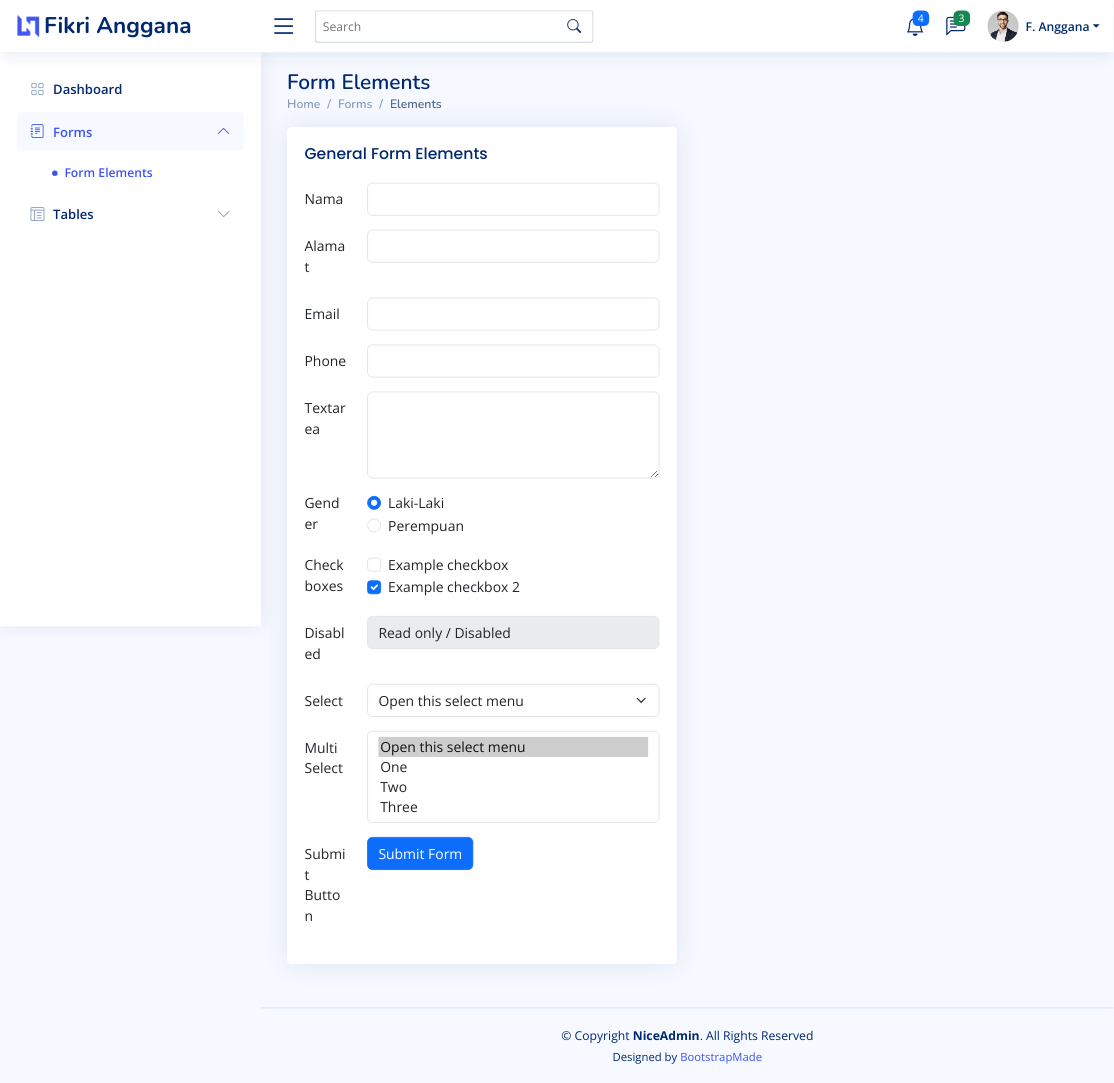
Repository: fikrianggana/PRG4_M2_P1_088
Page: NiceAdmin/forms-elements.html
The author's editor kept a copy of each file at every save. The page is drawn from the files as they stood at one save, then again after the next save.
The browser window is 1280 px wide. The pictures show the whole page, at 87% of full size.

Above is the page before, as saved 2023-09-19 23:31:19.

### NiceAdmin/forms-elements.html
<!DOCTYPE html>
<html lang="en">

<head>
  <meta charset="utf-8">
  <meta content="width=device-width, initial-scale=1.0" name="viewport">

  <title>Forms / Elements - NiceAdmin Bootstrap Template</title>
  <meta content="" name="description">
  <meta content="" name="keywords">

  <!-- Favicons -->
  <link href="assets/img/favicon.png" rel="icon">
  <link href="assets/img/apple-touch-icon.png" rel="apple-touch-icon">

  <!-- Google Fonts -->
  <link href="https://fonts.gstatic.com" rel="preconnect">
  <link href="https://fonts.googleapis.com/css?family=Open+Sans:300,300i,400,400i,600,600i,700,700i|Nunito:300,300i,400,400i,600,600i,700,700i|Poppins:300,300i,400,400i,500,500i,600,600i,700,700i" rel="stylesheet">

  <!-- Vendor CSS Files -->
  <link href="assets/vendor/bootstrap/css/bootstrap.min.css" rel="stylesheet">
  <link href="assets/vendor/bootstrap-icons/bootstrap-icons.css" rel="stylesheet">
  <link href="assets/vendor/boxicons/css/boxicons.min.css" rel="stylesheet">
  <link href="assets/vendor/quill/quill.snow.css" rel="stylesheet">
  <link href="assets/vendor/quill/quill.bubble.css" rel="stylesheet">
  <link href="assets/vendor/remixicon/remixicon.css" rel="stylesheet">
  <link href="assets/vendor/simple-datatables/style.css" rel="stylesheet">

  <!-- Template Main CSS File -->
  <link href="assets/css/style.css" rel="stylesheet">

  <!-- =======================================================
  * Template Name: NiceAdmin
  * Updated: Aug 30 2023 with Bootstrap v5.3.1
  * Template URL: https://bootstrapmade.com/nice-admin-bootstrap-admin-html-template/
  * Author: BootstrapMade.com
  * License: https://bootstrapmade.com/license/
  ======================================================== -->
</head>

<body>

  <!-- ======= Header ======= -->
  <header id="header" class="header fixed-top d-flex align-items-center">

    <div class="d-flex align-items-center justify-content-between">
      <a href="index.html" class="logo d-flex align-items-center">
        <img src="assets/img/logo.png" alt="">
        <span class="d-none d-lg-block">Fikri Anggana</span>
      </a>
      <i class="bi bi-list toggle-sidebar-btn"></i>
    </div><!-- End Logo -->

    <div class="search-bar">
      <form class="search-form d-flex align-items-center" method="POST" action="#">
        <input type="text" name="query" placeholder="Search" title="Enter search keyword">
        <button type="submit" title="Search"><i class="bi bi-search"></i></button>
      </form>
    </div><!-- End Search Bar -->

    <nav class="header-nav ms-auto">
      <ul class="d-flex align-items-center">

        <li class="nav-item d-block d-lg-none">
          <a class="nav-link nav-icon search-bar-toggle " href="#">
            <i class="bi bi-search"></i>
          </a>
        </li><!-- End Search Icon-->

        <li class="nav-item dropdown">

          <a class="nav-link nav-icon" href="#" data-bs-toggle="dropdown">
            <i class="bi bi-bell"></i>
            <span class="badge bg-primary badge-number">4</span>
          </a><!-- End Notification Icon -->

          <ul class="dropdown-menu dropdown-menu-end dropdown-menu-arrow notifications">
            <li class="dropdown-header">
              You have 4 new notifications
              <a href="#"><span class="badge rounded-pill bg-primary p-2 ms-2">View all</span></a>
            </li>
            <li>
              <hr class="dropdown-divider">
            </li>

            <li class="notification-item">
              <i class="bi bi-exclamation-circle text-warning"></i>
              <div>
                <h4>Lorem Ipsum</h4>
                <p>Quae dolorem earum veritatis oditseno</p>
                <p>30 min. ago</p>
              </div>
            </li>

            <li>
              <hr class="dropdown-divider">
            </li>

            <li class="notification-item">
              <i class="bi bi-x-circle text-danger"></i>
              <div>
                <h4>Atque rerum nesciunt</h4>
                <p>Quae dolorem earum veritatis oditseno</p>
                <p>1 hr. ago</p>
              </div>
            </li>

            <li>
              <hr class="dropdown-divider">
            </li>

            <li class="notification-item">
              <i class="bi bi-check-circle text-success"></i>
              <div>
                <h4>Sit rerum fuga</h4>
                <p>Quae dolorem earum veritatis oditseno</p>
                <p>2 hrs. ago</p>
              </div>
            </li>

            <li>
              <hr class="dropdown-divider">
            </li>

            <li class="notification-item">
              <i class="bi bi-info-circle text-primary"></i>
              <div>
                <h4>Dicta reprehenderit</h4>
                <p>Quae dolorem earum veritatis oditseno</p>
                <p>4 hrs. ago</p>
              </div>
            </li>

            <li>
              <hr class="dropdown-divider">
            </li>
            <li class="dropdown-footer">
              <a href="#">Show all notifications</a>
            </li>

          </ul><!-- End Notification Dropdown Items -->

        </li><!-- End Notification Nav -->

        <li class="nav-item dropdown">

          <a class="nav-link nav-icon" href="#" data-bs-toggle="dropdown">
            <i class="bi bi-chat-left-text"></i>
            <span class="badge bg-success badge-number">3</span>
          </a><!-- End Messages Icon -->

          <ul class="dropdown-menu dropdown-menu-end dropdown-menu-arrow messages">
            <li class="dropdown-header">
              You have 3 new messages
              <a href="#"><span class="badge rounded-pill bg-primary p-2 ms-2">View all</span></a>
            </li>
            <li>
              <hr class="dropdown-divider">
            </li>

            <li class="message-item">
              <a href="#">
                <img src="assets/img/messages-1.jpg" alt="" class="rounded-circle">
                <div>
                  <h4>Maria Hudson</h4>
                  <p>Velit asperiores et ducimus soluta repudiandae labore officia est ut...</p>
                  <p>4 hrs. ago</p>
                </div>
              </a>
            </li>
            <li>
              <hr class="dropdown-divider">
            </li>

            <li class="message-item">
              <a href="#">
                <img src="assets/img/messages-2.jpg" alt="" class="rounded-circle">
                <div>
                  <h4>Anna Nelson</h4>
                  <p>Velit asperiores et ducimus soluta repudiandae labore officia est ut...</p>
                  <p>6 hrs. ago</p>
                </div>
              </a>
            </li>
            <li>
              <hr class="dropdown-divider">
            </li>

            <li class="message-item">
              <a href="#">
                <img src="assets/img/messages-3.jpg" alt="" class="rounded-circle">
                <div>
                  <h4>David Muldon</h4>
                  <p>Velit asperiores et ducimus soluta repudiandae labore officia est ut...</p>
                  <p>8 hrs. ago</p>
                </div>
              </a>
            </li>
            <li>
              <hr class="dropdown-divider">
            </li>

            <li class="dropdown-footer">
              <a href="#">Show all messages</a>
            </li>

          </ul><!-- End Messages Dropdown Items -->

        </li><!-- End Messages Nav -->

        <li class="nav-item dropdown pe-3">

          <a class="nav-link nav-profile d-flex align-items-center pe-0" href="#" data-bs-toggle="dropdown">
            <img src="assets/img/profile-img.jpg" alt="Profile" class="rounded-circle">
            <span class="d-none d-md-block dropdown-toggle ps-2">F. Anggana</span>
          </a><!-- End Profile Iamge Icon -->

          <ul class="dropdown-menu dropdown-menu-end dropdown-menu-arrow profile">
            <li class="dropdown-header">
              <h6>Fikri Anggana</h6>
              <span>Network Engineer</span>
            </li>
            <li>
              <hr class="dropdown-divider">
            </li>

            <li>
              <a class="dropdown-item d-flex align-items-center" href="users-profile.html">
                <i class="bi bi-person"></i>
                <span>My Profile</span>
              </a>
            </li>
            <li>
              <hr class="dropdown-divider">
            </li>

            <li>
              <a class="dropdown-item d-flex align-items-center" href="users-profile.html">
                <i class="bi bi-gear"></i>
                <span>Account Settings</span>
              </a>
            </li>
            <li>
              <hr class="dropdown-divider">
            </li>

            <li>
              <a class="dropdown-item d-flex align-items-center" href="pages-faq.html">
                <i class="bi bi-question-circle"></i>
                <span>Need Help?</span>
              </a>
            </li>
            <li>
              <hr class="dropdown-divider">
            </li>

            <li>
              <a class="dropdown-item d-flex align-items-center" href="#">
                <i class="bi bi-box-arrow-right"></i>
                <span>Sign Out</span>
              </a>
            </li>

          </ul><!-- End Profile Dropdown Items -->
        </li><!-- End Profile Nav -->

      </ul>
    </nav><!-- End Icons Navigation -->

  </header><!-- End Header -->

  <!-- ======= Sidebar ======= -->
  <aside id="sidebar" class="sidebar">

    <ul class="sidebar-nav" id="sidebar-nav">

      <li class="nav-item">
        <a class="nav-link collapsed" href="index.html">
          <i class="bi bi-grid"></i>
          <span>Dashboard</span>
        </a>
      </li><!-- End Dashboard Nav -->


      <li class="nav-item">
        <a class="nav-link " data-bs-target="#forms-nav" data-bs-toggle="collapse" href="#">
          <i class="bi bi-journal-text"></i><span>Forms</span><i class="bi bi-chevron-down ms-auto"></i>
        </a>
        <ul id="forms-nav" class="nav-content collapse show" data-bs-parent="#sidebar-nav">
          <li>
            <a href="forms-elements.html" class="active">
              <i class="bi bi-circle"></i><span>Form Elements</span>
            </a>
          </li>
        </ul>
      </li><!-- End Forms Nav -->

      <li class="nav-item">
        <a class="nav-link collapsed" data-bs-target="#tables-nav" data-bs-toggle="collapse" href="#">
          <i class="bi bi-layout-text-window-reverse"></i><span>Tables</span><i class="bi bi-chevron-down ms-auto"></i>
        </a>
        <ul id="tables-nav" class="nav-content collapse " data-bs-parent="#sidebar-nav">

          <li>
            <a href="tables-data.html">
              <i class="bi bi-circle"></i><span>Data Tables</span>
            </a>
          </li>
        </ul>
      </li><!-- End Tables Nav -->
    </ul>

  </aside><!-- End Sidebar-->

  <main id="main" class="main">

    <div class="pagetitle">
      <h1>Form Elements</h1>
      <nav>
        <ol class="breadcrumb">
          <li class="breadcrumb-item"><a href="index.html">Home</a></li>
          <li class="breadcrumb-item">Forms</li>
          <li class="breadcrumb-item active">Elements</li>
        </ol>
      </nav>
    </div><!-- End Page Title -->

    <section class="section">
      <div class="row">
        <div class="col-lg-6">

          <div class="card">
            <div class="card-body">
              <h5 class="card-title">General Form Elements</h5>

              <!-- General Form Elements -->
              <form>
                <div class="row mb-3">
                  <label for="inputText" class="col-sm-2 col-form-label">Nama</label>
                  <div class="col-sm-10">
                    <input type="text" class="form-control">
                  </div>
                </div>
                <div class="row mb-3">
                  <label for="inputEmail" class="col-sm-2 col-form-label">Alamat</label>
                  <div class="col-sm-10">
                    <input type="email" class="form-control">
                  </div>
                </div>
                <div class="row mb-3">
                  <label for="inputPassword" class="col-sm-2 col-form-label">Email</label>
                  <div class="col-sm-10">
                    <input type="password" class="form-control">
                  </div>
                </div>
                <div class="row mb-3">
                  <label for="inputNumber" class="col-sm-2 col-form-label">Phone</label>
                  <div class="col-sm-10">
                    <input type="number" class="form-control">
                  </div>
                </div>
                <div class="row mb-3">
                  <label for="inputPassword" class="col-sm-2 col-form-label">Textarea</label>
                  <div class="col-sm-10">
                    <textarea class="form-control" style="height: 100px"></textarea>
                  </div>
                </div>
                <fieldset class="row mb-3">
                  <legend class="col-form-label col-sm-2 pt-0">Gender</legend>
                  <div class="col-sm-10">
                    <div class="form-check">
                      <input class="form-check-input" type="radio" name="gridRadios" id="Laki-Laki" value="Laki-Laki" checked>
                      <label class="form-check-label" for="gridRadios1">
                        Laki-Laki
                      </label>
                    </div>
                    <div class="form-check">
                      <input class="form-check-input" type="radio" name="gridRadios" id="Perempuan" value="Perempuan">
                      <label class="form-check-label" for="gridRadios2">
                        Perempuan
                      </label>
                    </div>
                  </div>
                </fieldset>
                <div class="row mb-3">
                  <legend class="col-form-label col-sm-2 pt-0">Checkboxes</legend>
                  <div class="col-sm-10">

                    <div class="form-check">
                      <input class="form-check-input" type="checkbox" id="gridCheck1">
                      <label class="form-check-label" for="gridCheck1">
                        Example checkbox
                      </label>
                    </div>

                    <div class="form-check">
                      <input class="form-check-input" type="checkbox" id="gridCheck2" checked>
                      <label class="form-check-label" for="gridCheck2">
                        Example checkbox 2
                      </label>
                    </div>

                  </div>
                </div>

                <div class="row mb-3">
                  <label class="col-sm-2 col-form-label">Disabled</label>
                  <div class="col-sm-10">
                    <input type="text" class="form-control" value="Read only / Disabled" disabled>
                  </div>
                </div>

                <div class="row mb-3">
                  <label class="col-sm-2 col-form-label">Select</label>
                  <div class="col-sm-10">
                    <select class="form-select" aria-label="Default select example">
                      <option selected>Open this select menu</option>
                      <option value="1">One</option>
                      <option value="2">Two</option>
                      <option value="3">Three</option>
                    </select>
                  </div>
                </div>

                <div class="row mb-3">
                  <label class="col-sm-2 col-form-label">Multi Select</label>
                  <div class="col-sm-10">
                    <select class="form-select" multiple aria-label="multiple select example">
                      <option selected>Open this select menu</option>
                      <option value="1">One</option>
                      <option value="2">Two</option>
                      <option value="3">Three</option>
                    </select>
                  </div>
                </div>

                <div class="row mb-3">
                  <label class="col-sm-2 col-form-label">Submit Button</label>
                  <div class="col-sm-10">
                    <button type="submit" class="btn btn-primary">Submit Form</button>
                  </div>
                </div>

              </form><!-- End General Form Elements -->

            </div>
          </div>
        </div>
      </div>
    </section>

  </main><!-- End #main -->

  <!-- ======= Footer ======= -->
  <footer id="footer" class="footer">
    <div class="copyright">
      &copy; Copyright <strong><span>NiceAdmin</span></strong>. All Rights Reserved
    </div>
    <div class="credits">
      <!-- All the links in the footer should remain intact. -->
      <!-- You can delete the links only if you purchased the pro version. -->
      <!-- Licensing information: https://bootstrapmade.com/license/ -->
      <!-- Purchase the pro version with working PHP/AJAX contact form: https://bootstrapmade.com/nice-admin-bootstrap-admin-html-template/ -->
      Designed by <a href="https://bootstrapmade.com/">BootstrapMade</a>
    </div>
  </footer><!-- End Footer -->

  <a href="#" class="back-to-top d-flex align-items-center justify-content-center"><i class="bi bi-arrow-up-short"></i></a>

  <!-- Vendor JS Files -->
  <script src="assets/vendor/apexcharts/apexcharts.min.js"></script>
  <script src="assets/vendor/bootstrap/js/bootstrap.bundle.min.js"></script>
  <script src="assets/vendor/chart.js/chart.umd.js"></script>
  <script src="assets/vendor/echarts/echarts.min.js"></script>
  <script src="assets/vendor/quill/quill.min.js"></script>
  <script src="assets/vendor/simple-datatables/simple-datatables.js"></script>
  <script src="assets/vendor/tinymce/tinymce.min.js"></script>
  <script src="assets/vendor/php-email-form/validate.js"></script>

  <!-- Template Main JS File -->
  <script src="assets/js/main.js"></script>

</body>

</html>

Loaded but not shown: NiceAdmin/assets/vendor/bootstrap/css/bootstrap.min.css (library); NiceAdmin/assets/vendor/bootstrap-icons/bootstrap-icons.css (library); NiceAdmin/assets/vendor/boxicons/css/boxicons.min.css (library); NiceAdmin/assets/vendor/quill/quill.snow.css (library); NiceAdmin/assets/vendor/quill/quill.bubble.css (library); NiceAdmin/assets/vendor/remixicon/remixicon.css (library); NiceAdmin/assets/vendor/simple-datatables/style.css (library); NiceAdmin/assets/vendor/apexcharts/apexcharts.min.js (library); NiceAdmin/assets/vendor/bootstrap/js/bootstrap.bundle.min.js (library); NiceAdmin/assets/vendor/chart.js/chart.umd.js (library); NiceAdmin/assets/vendor/echarts/echarts.min.js (library); NiceAdmin/assets/vendor/quill/quill.min.js (library); NiceAdmin/assets/vendor/simple-datatables/simple-datatables.js (library); NiceAdmin/assets/vendor/tinymce/tinymce.min.js (library); NiceAdmin/assets/vendor/php-email-form/validate.js (common file); NiceAdmin/assets/js/main.js (321 lines, source omitted); NiceAdmin/assets/css/style.css (1233 lines, source omitted)

After the next save:
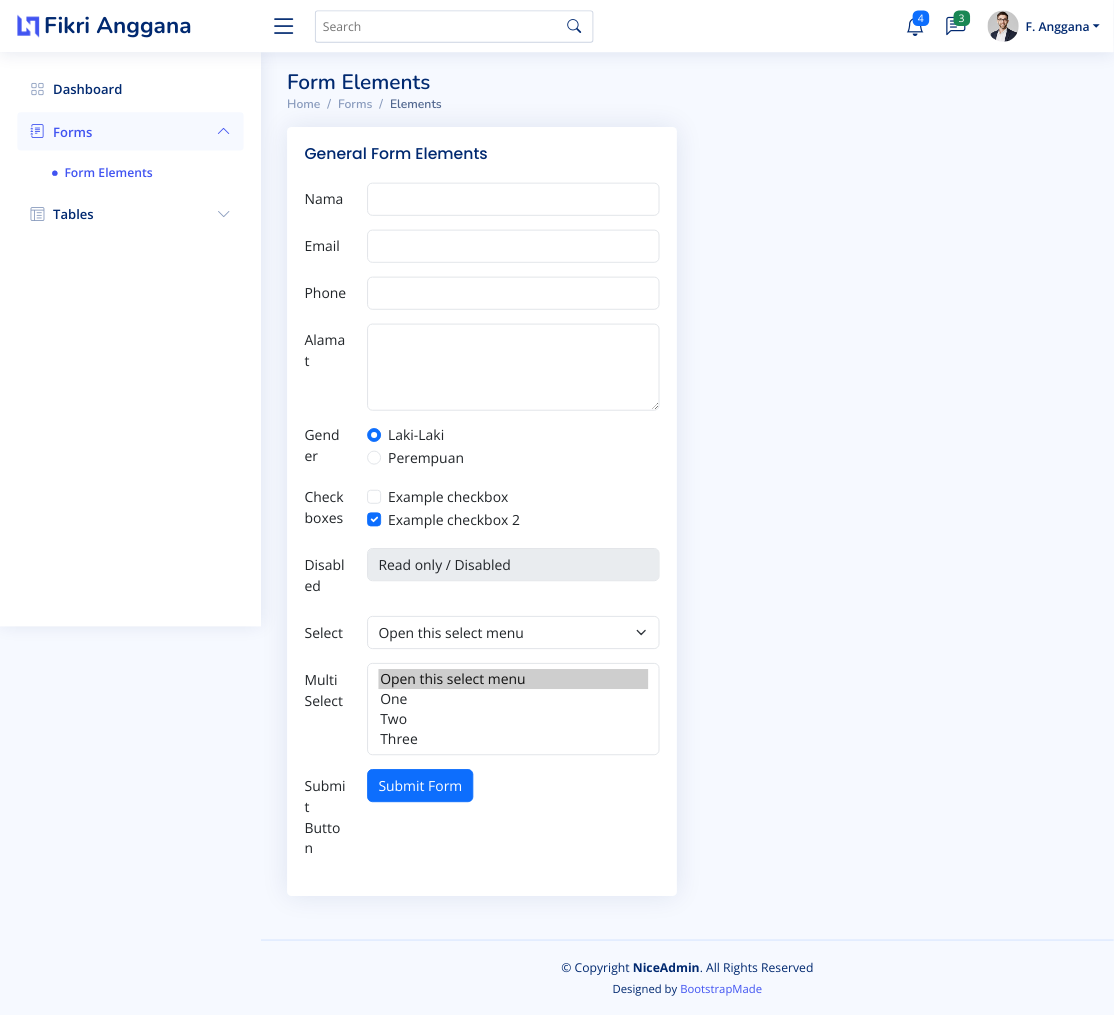
Saved 29 s later.
--- a/NiceAdmin/forms-elements.html
+++ b/NiceAdmin/forms-elements.html
@@ -342,12 +342,6 @@
                   </div>
                 </div>
                 <div class="row mb-3">
-                  <label for="inputEmail" class="col-sm-2 col-form-label">Alamat</label>
-                  <div class="col-sm-10">
-                    <input type="email" class="form-control">
-                  </div>
-                </div>
-                <div class="row mb-3">
                   <label for="inputPassword" class="col-sm-2 col-form-label">Email</label>
                   <div class="col-sm-10">
                     <input type="password" class="form-control">
@@ -360,7 +354,7 @@
                   </div>
                 </div>
                 <div class="row mb-3">
-                  <label for="inputPassword" class="col-sm-2 col-form-label">Textarea</label>
+                  <label for="inputPassword" class="col-sm-2 col-form-label">Alamat</label>
                   <div class="col-sm-10">
                     <textarea class="form-control" style="height: 100px"></textarea>
                   </div>
